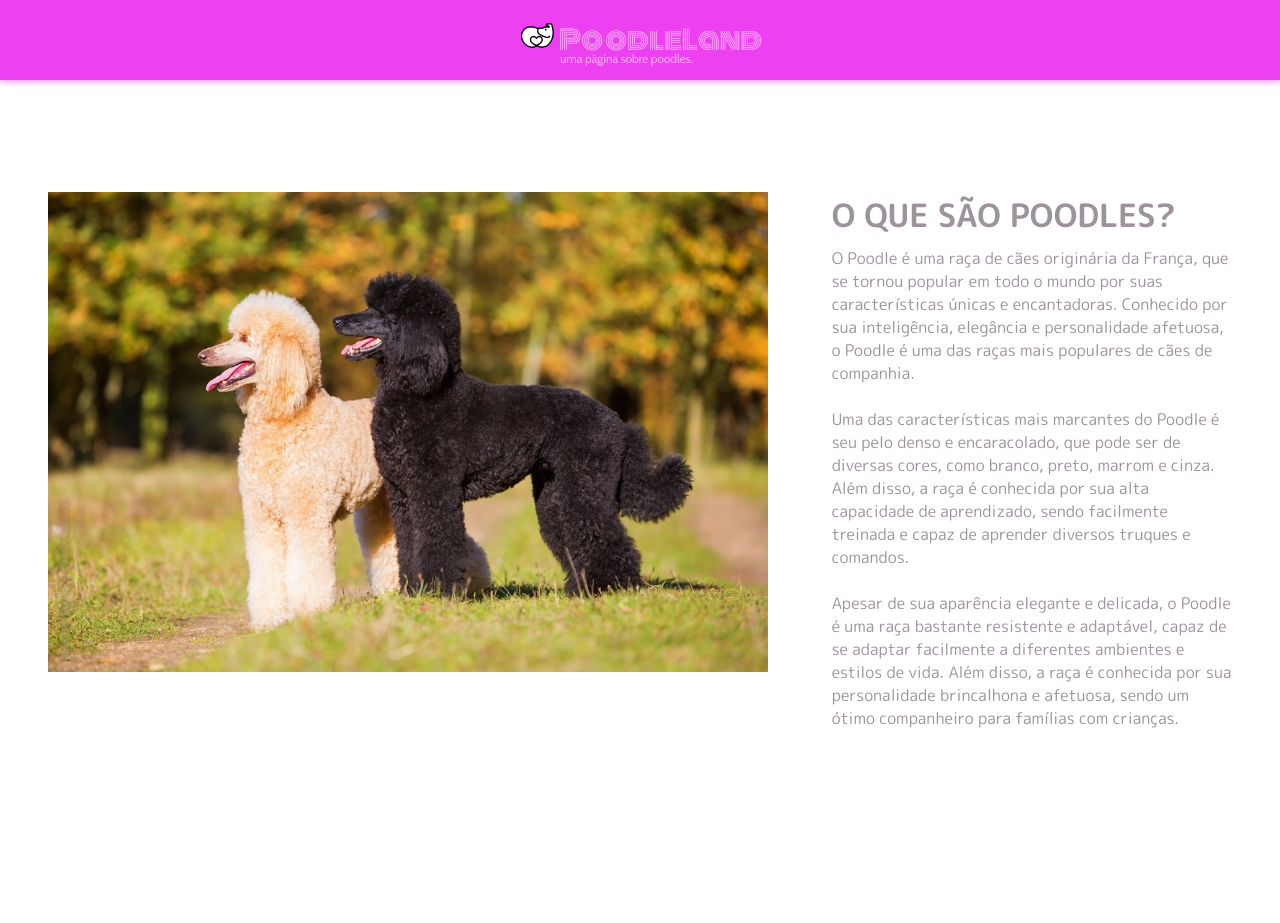
Repository: vinibalt/PoodleLand
Page: poddlelandia.html
An editor plug-in stored every save of this project. The page is shown before and after a run of saves, followed by the edit.
The browser window is 1280 px wide. The pictures show the part of the page from y = 0 to 923 px (the page is 1413 px tall).
Pictures or frames that could not be fetched are drawn as grey boxes.

Above is the page before, as saved 2023-05-12 15:24:47.

### poddlelandia.html
<!DOCTYPE html>
<html lang="en">

<head>
    <meta charset="UTF-8">
    <meta http-equiv="X-UA-Compatible" content="IE=edge">
    <meta name="viewport" content="width=device-width, initial-scale=1.0">
    <link rel="stylesheet" href="./assets/css/styles.css">
    <title> PoodleLand </title>
</head>

<body>
    <header class="header">
        <div class="content">
            <img src="./assets/img/logo-poodleland.png" alt="" height="60px">
        </div>
    </header>

    <section class="section-one row">
        <div class="img-one">
            <img src="./assets/img/AdobeStock_126046368_Preview-transformed.jpeg" alt="" height="480px">
        </div>

        <div class="text-one">
            <h1>O QUE SÃO POODLES?</h1>
            <p>
                O Poodle é uma raça de cães originária da França, que se tornou popular em todo o mundo por suas
                características únicas e encantadoras. Conhecido por sua inteligência, elegância e personalidade
                afetuosa, o Poodle é uma das raças mais populares de cães de companhia. <br><br>
                Uma das características mais marcantes do Poodle é seu pelo denso e encaracolado, que pode ser de
                diversas cores, como branco, preto, marrom e cinza. Além disso, a raça é conhecida por sua alta
                capacidade de aprendizado, sendo facilmente treinada e capaz de aprender diversos truques e comandos.
                <br><br>
                Apesar de sua aparência elegante e delicada, o Poodle é uma raça bastante resistente e adaptável, capaz
                de se adaptar facilmente a diferentes ambientes e estilos de vida. Além disso, a raça é conhecida por
                sua personalidade brincalhona e afetuosa, sendo um ótimo companheiro para famílias com crianças.
                <br><br>

            </p>
        </div>
    </section>

    <section class="section-carousel">
        <div style="padding-top: 10px;">
            <div class="carousel">
              <ul class="slides">
                <input type="radio" name="radio-buttons" id="img-1" checked />
                <li class="slide-container">
                  <div class="slide-image">
                    <img src="https://upload.wikimedia.org/wikipedia/commons/9/9e/Timisoara_-_Regional_Business_Centre.jpg">
                  </div>
                  <div class="carousel-controls">
                    <label for="img-3" class="prev-slide">
                      <span>&lsaquo;</span>
                    </label>
                    <label for="img-2" class="next-slide">
                      <span>&rsaquo;</span>
                    </label>
                  </div>
                </li>
                <input type="radio" name="radio-buttons" id="img-2" />
                <li class="slide-container">
                  <div class="slide-image">
                    <img src="https://content.r9cdn.net/rimg/dimg/db/02/06b291e8-city-14912-171317ad83a.jpg?width=1750&height=1000&xhint=3040&yhint=2553&crop=true">
                  </div>
                  <div class="carousel-controls">
                    <label for="img-1" class="prev-slide">
                      <span>&lsaquo;</span>
                    </label>
                    <label for="img-3" class="next-slide">
                      <span>&rsaquo;</span>
                    </label>
                  </div>
                </li>
                <input type="radio" name="radio-buttons" id="img-3" />
                <li class="slide-container">
                  <div class="slide-image">
                    <img src="https://speakzeasy.files.wordpress.com/2015/05/twa_blogpic_timisoara-4415.jpg">
                  </div>
                  <div class="carousel-controls">
                    <label for="img-2" class="prev-slide">
                      <span>&lsaquo;</span>
                    </label>
                    <label for="img-1" class="next-slide">
                      <span>&rsaquo;</span>
                    </label>
                  </div>
                </li>
                <div class="carousel-dots">
                  <label for="img-1" class="carousel-dot" id="img-dot-1"></label>
                  <label for="img-2" class="carousel-dot" id="img-dot-2"></label>
                  <label for="img-3" class="carousel-dot" id="img-dot-3"></label>
                </div>
              </ul>
            </div>
          </div>
    </section>

    <section class="section-two">

    </section>

    <footer>

    </footer>
</body>

</html>

### assets/css/styles.css
@import url('https://fonts.googleapis.com/css2?family=Heebo:wght@300;400;500;600;700;800;900&display=swap');
@import url('https://fonts.googleapis.com/css2?family=M+PLUS+Rounded+1c:wght@100;300;400;500;700;800;900&display=swap');
/* font-family: 'Heebo', sans-serif; */

* {
    padding: 0;
    margin: 0;

    font-family: 'M PLUS Rounded 1c', sans-serif;
}

body {
    scroll-behavior: smooth;
}

.header {
    height: 80px;
    position: sticky;
    top: 0;
    background-color: #ed40f1;
    box-shadow: 0px 3px 5px 0px rgba(255,171,252,1);

    justify-content: center;
    align-items: center;
    text-align: center;
}

.content > img {
    padding-top: 1rem;
    border-radius: .5rem;
}

.section-one {
    height: auto;
    padding-top: 4rem;

    padding: 4rem 1rem 8rem 1rem;
    color: #9c939c;
}

.img-one, .text-one{
    padding: 3rem 2rem 2rem;
}

.text-one {

}

.text-one > h1 {
 font-size: 32px;
 font-weight: 700;

 padding-bottom: .5rem;
}

.text-one > p {
    font-size: 16px;
    font-weight: 400;
}

.section-carousel {
    height: 500px;
    /* background-color: #fba5fb; */

}








.row {
    display: flex;
    flex-direction: row;
}

.column {
    display: flex;
    flex-direction: column;
}


.carousel {
    margin-left: 15%;
    margin-right: 15%;
}

ul.slides {
    display: block;
    position: relative;
    height: 480px;
    margin: 0;
    padding: 0;
    overflow: hidden;
    list-style: none;
}

.slides * {
    user-select: none;
    -ms-user-select: none;
    -moz-user-select: none;
    -khtml-user-select: none;
    -webkit-user-select: none;
    -webkit-touch-callout: none;
}

ul.slides input {
    display: none;
}


.slide-container {
    display: block;
}

.slide-image {
    display: block;
    position: absolute;
    width: 100%;
    height: 100%;
    top: 0;
    opacity: 0;
    transition: all .7s ease-in-out;
}

.slide-image img {
    width: auto;
    min-width: 100%;
    height: 480px;
}

.carousel-controls {
    position: absolute;
    top: 0;
    left: 0;
    right: 0;
    z-index: 999;
    font-size: 100px;
    line-height: 600px;
    color: #fff;
}

.carousel-controls label {
    display: none;
    position: absolute;
    padding: 0 20px;
    opacity: 0;
    transition: opacity .2s;
    cursor: pointer;
}

.slide-image:hover + .carousel-controls label{
    opacity: 0.5;
}

.carousel-controls label:hover {
    opacity: 1;
}

.carousel-controls .prev-slide {
    width: 49%;
    text-align: left;
    left: 0;
}

.carousel-controls .next-slide {
    width: 49%;
    text-align: right;
    right: 0;
}

.carousel-dots {
    position: absolute;
    left: 0;
    right: 0;
    bottom: 20px;
    z-index: 999;
    text-align: center;
}

.carousel-dots .carousel-dot {
    display: inline-block;
    width: 30px;
    height: 30px;
    border-radius: 50%;
    background-color: #fff;
    opacity: 0.5;
    margin: 10px;
}

input:checked + .slide-container .slide-image {
    opacity: 1;
    transform: scale(1);
    transition: opacity 1s ease-in-out;
}

input:checked + .slide-container .carousel-controls label {
     display: block;
}

input#img-1:checked ~ .carousel-dots label#img-dot-1,
input#img-2:checked ~ .carousel-dots label#img-dot-2,
input#img-3:checked ~ .carousel-dots label#img-dot-3,
input#img-4:checked ~ .carousel-dots label#img-dot-4,
input#img-5:checked ~ .carousel-dots label#img-dot-5,
input#img-6:checked ~ .carousel-dots label#img-dot-6 {
	opacity: 1;
}


input:checked + .slide-container .nav label { display: block; }

After the next 2 saves:
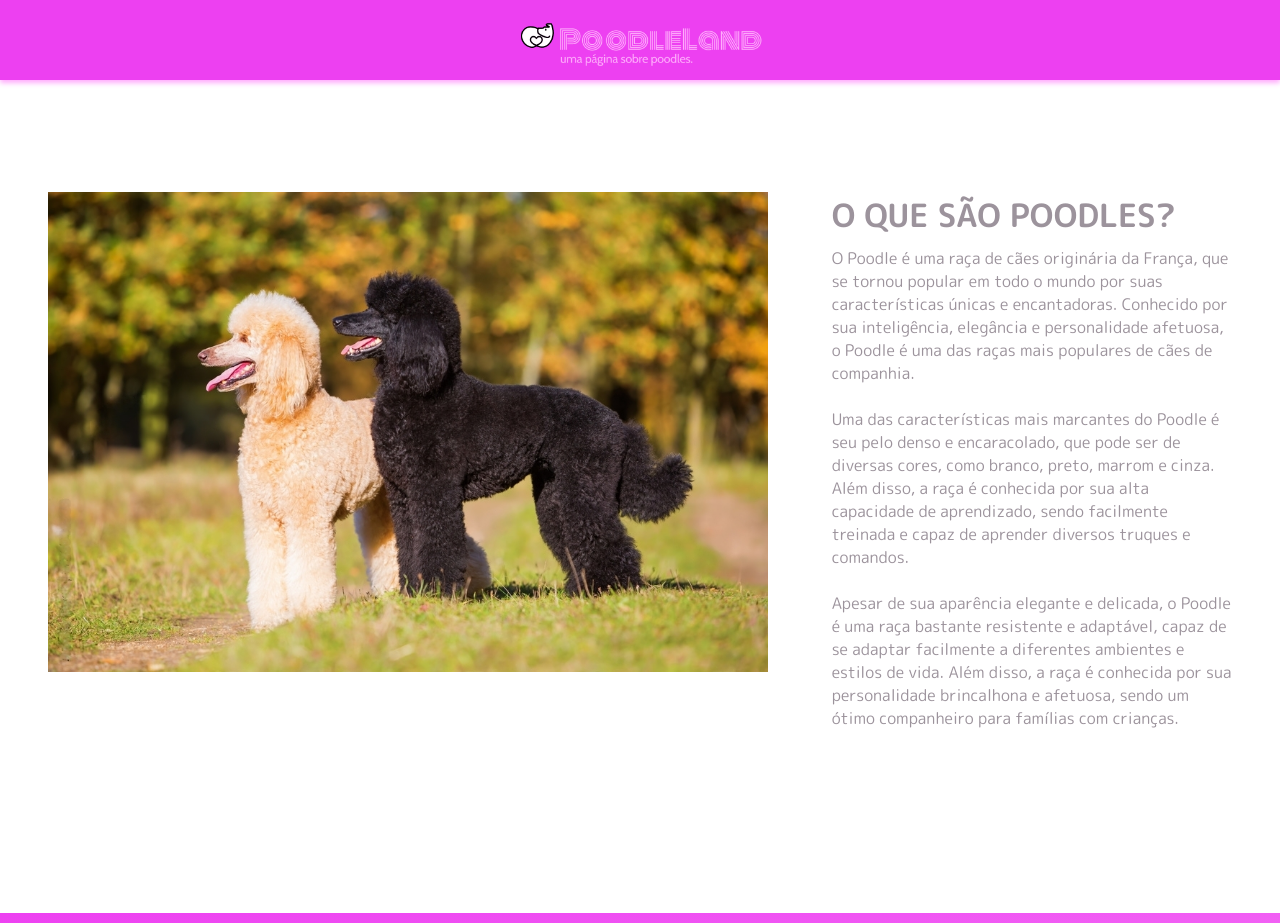
The 2 saves are shown as one change because they came seconds apart.
The last was saved 2 min 43 s later.
--- a/assets/css/styles.css
+++ b/assets/css/styles.css
@@ -61,7 +61,8 @@ body {
 .section-carousel {
     height: 500px;
     /* background-color: #fba5fb; */
-
+    background: rgb(237,64,241);
+background: linear-gradient(174deg, rgba(237,64,241,1) 0%, rgba(251,165,251,1) 71%);
 }
 
 
